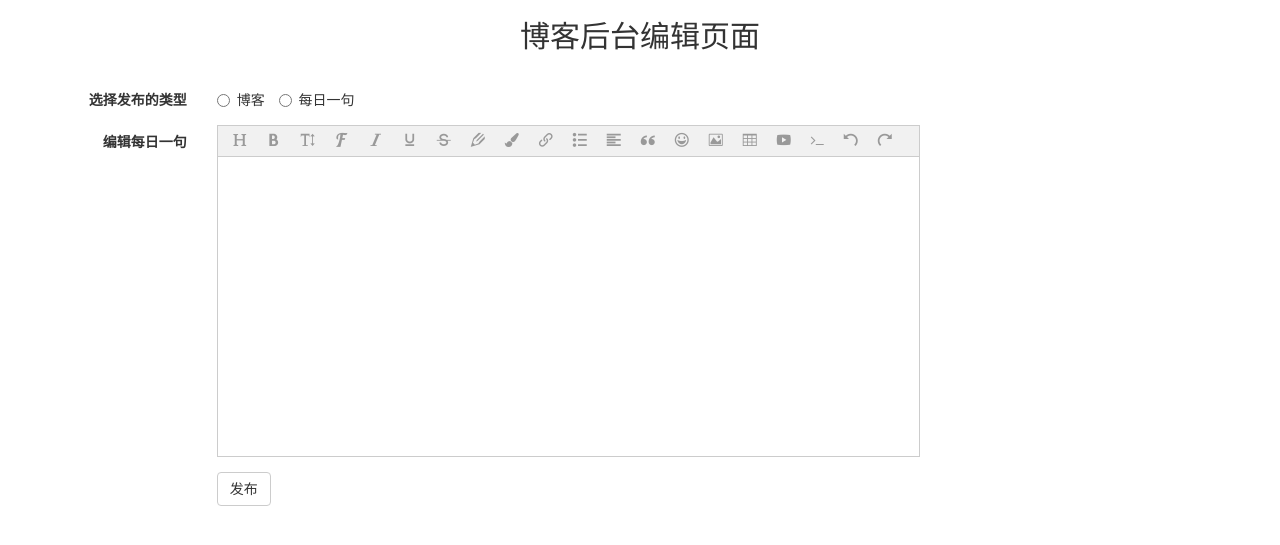
Repository: li1214/my_blog
Page: page/editor_blog_everyday.html
An editor plug-in stored every save of this project. The page is shown before and after the next save, followed by the edit.
The browser window is 1280 px wide. The pictures show the whole page.

Above is the page before, as saved 2019-01-07 09:41:14.

After the next save:
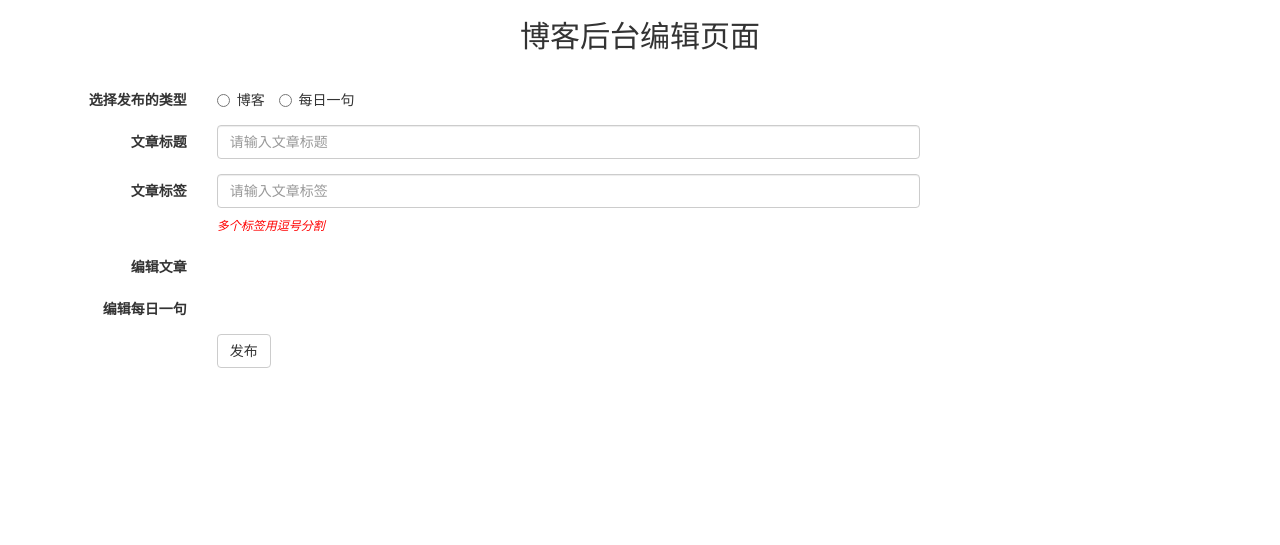
Console error: SyntaxError: Unexpected identifier 'E'
Saved 25 s later.
--- a/page/js/editor_blog_everyday.js
+++ b/page/js/editor_blog_everyday.js
@@ -10,16 +10,10 @@
         this.createEditor();
 
     },
-    computed: {
-        createEditor() {
-            return function() {
-                var E = window.wangEditor;
-                var editor = new E("#" + this.type);
-                editor.create();
-            };
-        }
-    },
-    mounted() {
-        console.log(this.type)
-    },
+    methods:{
+        var E = window.wangEditor;
+        var editor = new E("#" + this.type);
+        editor.create();
+    }
+
 });

After the save that followed:
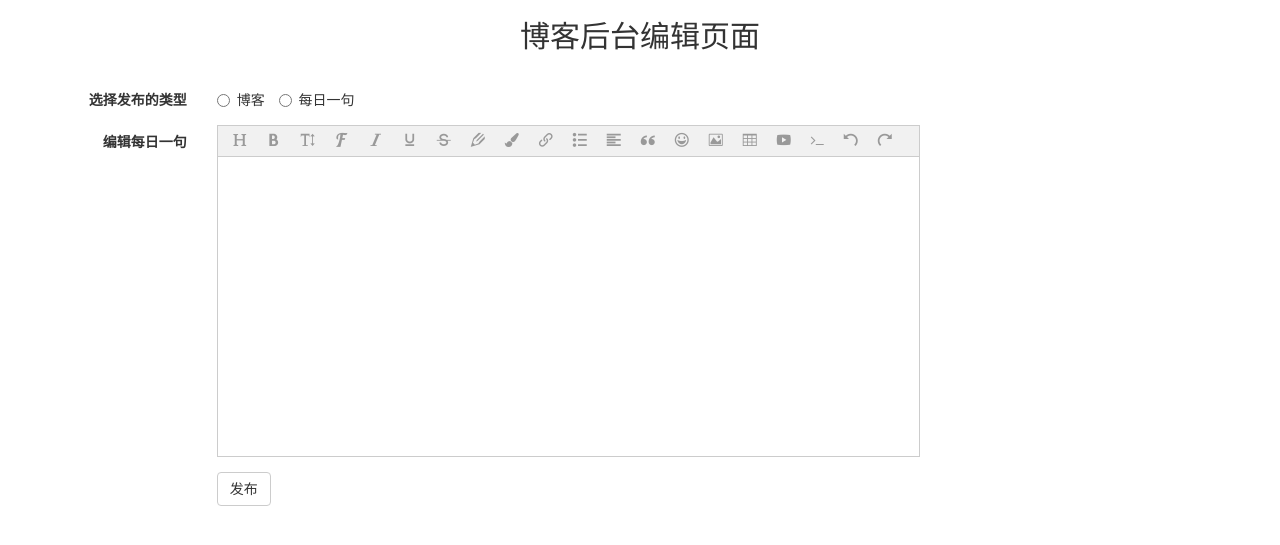
The error is gone.
Saved 15 s later.
--- a/page/js/editor_blog_everyday.js
+++ b/page/js/editor_blog_everyday.js
@@ -11,9 +11,11 @@
 
     },
     methods:{
-        var E = window.wangEditor;
-        var editor = new E("#" + this.type);
-        editor.create();
+        createEditor () {
+            var E = window.wangEditor;
+            var editor = new E("#" + this.type);
+            editor.create();
+        }
     }
 
 });
